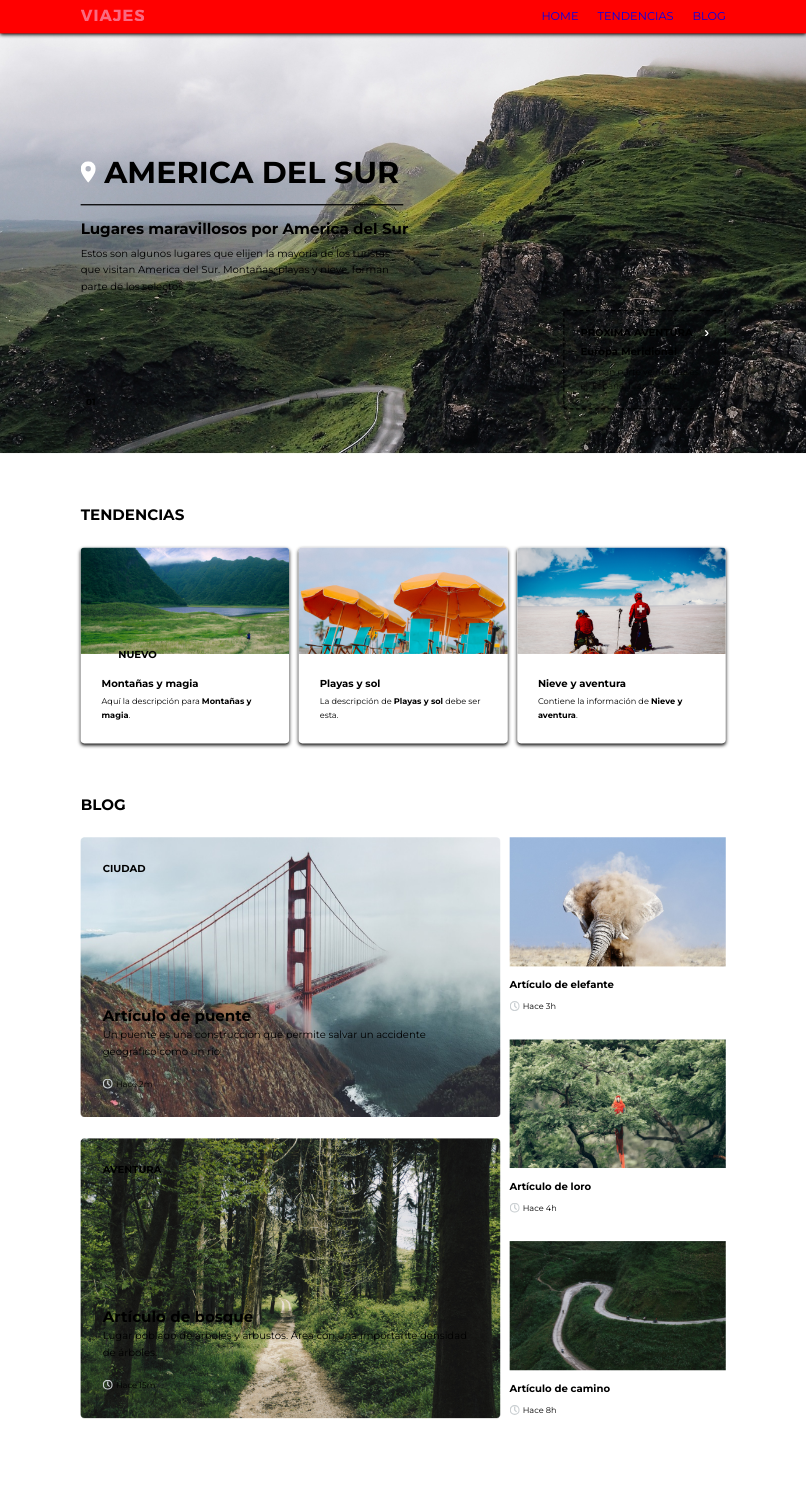
Repository: agustin-mesa/viajes
Page: /
The author's editor kept a copy of each file at every save. The page is drawn from the files as they stood at one save, then again after the next save.
The browser window is 1280 px wide. The pictures show the whole page, at 63% of full size.
The project was rebuilt for these pictures with package versions that can differ from the ones it lists, and the page was loaded fresh each time. Also part of the build but not shown: src/components/styles/colors.module.scss.

Above is the page before, as saved 2021-11-14 02:15:52.

### public/index.html
<!DOCTYPE html>
<html lang="es">
  <head>
    <meta name="author" content="Mauro Agustín Mesa" />
    <meta charset="utf-8" />
    <meta name="viewport" content="width=device-width, initial-scale=1" />
    <meta name="theme-color" content="#000000" />
    <meta
      name="description"
      content="Web site created using create-react-app"
    />
    <title>React App</title>
  </head>
  <body>
    <noscript>You need to enable JavaScript to run this app.</noscript>
    <div id="root"></div>
  </body>
</html>

### src/index.js
import React from "react";
import ReactDOM from "react-dom";
import App from "./App";
import "./index.css";

const Index = () => {
  return <App />;
};

ReactDOM.render(<Index />, document.getElementById("root"));

### src/App.js
import React from "react";
import Header from "./components/Header";
import Home from "./pages/Home";
import Tendencias from "./pages/Tendencias";
import Blog from "./pages/Blog";
import Footer from "./components/Footer";

const App = () => {
  return (
    <>
      <Header />
      <Home />
      <Tendencias />
      <Blog />
      <Footer />
    </>
  );
};

export default App;

### src/index.css
@import url("https://fonts.googleapis.com/css2?family=Montserrat:wght@100;200;300;400;500;600;700&display=swap");
@import url("https://fonts.googleapis.com/css2?family=Montserrat:wght@100;200;300;400;500;600;700&family=Open+Sans:wght@400;500;600;700&display=swap");

* {
  margin: 0;
  padding: 0;
  list-style: none;
  text-decoration: none;
  border: none;
  outline: none;
  scroll-behavior: smooth;
}

body {
  margin: 0;
  -webkit-font-smoothing: antialiased;
  -moz-osx-font-smoothing: grayscale;
  font-family: "Montserrat", "Open Sans", sans-serif;
}

code {
  font-family: source-code-pro, Menlo, Monaco, Consolas, "Courier New",
    monospace;
}

@media only screen and (max-width: 800px) {
  #root {
    font-size: 14px;
  }
}

### src/components/Header.js
import React, { useState } from "react";
import { useMediaQuery } from "react-responsive";
import styled, { keyframes } from "styled-components";

// Colors
import * as colors from "./styles/colors.module.scss";

// LOGO
import logo from "../Assets/logo/logo_01.svg";

// Iconos
import icHamburguer from "../Assets/iconos/hamburguer_menu.svg";
import icTimesExit from "../Assets/iconos/times_exit.svg";

const Header = () => {
  const [hamburguerMenu, changeHamburguerMenu] = useState(false);

  const isTabletOrMobile = useMediaQuery({ query: "(max-width: 764px)" });

  return (
    <ContainerHeader>
      <nav>
        <div className="nav__logo">
          <a href="#home">
            <img src={logo} alt="Viajes" />
          </a>
        </div>

        <div className="nav__menu">
          {isTabletOrMobile && (
            <img
              src={!hamburguerMenu ? icHamburguer : icTimesExit}
              alt=""
              onClick={() => changeHamburguerMenu(!hamburguerMenu)}
            />
          )}
          {hamburguerMenu && (
            <div
              className="bgAction"
              onClick={() => changeHamburguerMenu(!hamburguerMenu)}
            ></div>
          )}

          <ul
            className={`nav__list ${
              isTabletOrMobile && `${!hamburguerMenu && "off"}`
            }`}
          >
            <li>
              <a href="#home">HOME</a>
            </li>
            <li>
              <a href="#tendencias">TENDENCIAS</a>
            </li>
            <li>
              <a href="#blog">BLOG</a>
            </li>
          </ul>
        </div>
      </nav>
    </ContainerHeader>
  );
};

const showMenu = keyframes`
  0%{
    opacity: 0;
  }
  100%{
    opacity:1;
  }
`;

const ContainerHeader = styled.header`
  position: fixed;
  top: 0;
  left: 0;
  right: 0;
  z-index: 999;
  background: red;
  background: ${colors.white};
  box-shadow: 0px 3px 6px ${colors.blackOpac};
  nav {
    display: flex;
    flex-direction: row;
    justify-content: space-between;
    align-items: center;
    padding: 15px 10%;
  }
  .header__logo a img {
    width: 100px;
  }
  .nav__list {
    display: flex;
    flex-direction: row;
    justify-content: flex-end;
    align-items: center;
  }
  .nav__list li a {
    padding: 15px 15px;
    font: normal normal normal 1.125em/13px Montserrat;
    color: ${colors.blueRelax};
    transition: all 0.2s ease;
  }
  .nav__list li a:hover {
    color: ${colors.darkblue};
  }
  .nav__list li:last-child a {
    padding: 15px 0 15px 15px;
  }

  @media only screen and (max-width: 768px) {
    nav .nav__logo a img {
      width: 80px;
    }
    .nav__menu img {
      position: fixed;
      top: 15px;
      right: 10%;
      z-index: 999;
    }
    .nav__menu .bgAction {
      position: fixed;
      top: 0;
      bottom: 0;
      left: 0;
      right: 0;
      background: ${colors.darkblueOpac};
      animation: ${showMenu} 0.5s ease;
    }
    .nav__list {
      position: fixed;
      top: 0;
      bottom: 0;
      right: 0;
      width: 60%;
      background: ${colors.white};
      flex-direction: column;
      justify-content: flex-start;
      animation: ${showMenu} 0.5s ease;
      align-items: flex-start;
      padding: 70px 0 0;
    }
    .nav__list li {
      padding: 10px;
      width: 100%;
    }
    .nav__list li a {
      padding: 10px;
      color: ${colors.darkblue};
      font: normal normal normal 1.2em/13px Montserrat;
    }
    .nav__list li:last-child a {
      padding: 10px;
    }
    .off {
      display: none;
    }
  }
`;

export default Header;

### src/pages/Home.js
import React from "react";
import styled from "styled-components";

import * as colors from "../components/styles/colors.module.scss";

// IMG
import viajesHero from "../Assets/img/Viajes_Hero.jpg";
import icPin from "../Assets/iconos/ic_pin.svg";
import icArrow from "../Assets/iconos/arrow.svg";

// Importo etiquetas default con estilos propios
import { Parrafo, Span, H3, H5 } from "../components/styles/stylesDefault";

const Home = () => {
  return (
    <ContainerHome id="home">
      <HeroWrapper>
        <div className="hero__title">
          <h1>
            <img src={icPin} alt="Pin" /> AMERICA DEL SUR
          </h1>
          <hr />
          <H3 color="white">Lugares maravillosos por America del Sur</H3>
          <Parrafo>
            Estos son algunos lugares que elijen la mayoría de los turistas que
            visitan America del Sur. Montañas, playas y nieve, forman parte de
            los selectos.
          </Parrafo>
        </div>
        <div className="hero__info">
          <H5>
            PRÓXIMA AVENTURA <img src={icArrow} alt="Arrow" />
          </H5>
          <Span color="white">Europa Meridional</Span>
          <p>
            Forman parte veinte países. <br />
            ej. España, Francia, etc.
          </p>
        </div>
      </HeroWrapper>
      <div className="slider">
        <span>01</span>
      </div>
    </ContainerHome>
  );
};

const ContainerHome = styled.div`
  width: 100%;
  height: 100vh;
  background-image: url(${viajesHero});
  background-size: cover;
  background-position: center;

  .slider {
    position: absolute;
    width: 13%;
    bottom: 60px;
    display: flex;
    align-items: center;
    justify-content: flex-end;
    z-index: 1;
    span {
      display: flex;
      align-items: center;
      justify-content: center;
      width: 45px;
      height: 45px;
      background: ${colors.white};
      border-radius: 50px;
      font: normal normal bold 0.875em/22px Montserrat;
    }
    span::after {
      content: "";
      position: absolute;
      width: 70px;
      height: 70px;
      background: ${colors.whiteOpac};
      border-radius: 50px;
      z-index: -2;
    }
    span::before {
      content: "";
      position: absolute;
      left: 0;
      width: 100%;
      height: 5px;
      background: ${colors.pink};
      z-index: -1;
    }
  }
  @media only screen and (max-width: 920px) {
    .slider {
      width: 20%;
    }
  }
  @media only screen and (max-width: 480px) {
    .slider span {
      width: 35px;
      height: 35px;
    }
    .slider span::after {
      width: 50px;
      height: 50px;
    }
  }
`;

const HeroWrapper = styled.div`
  position: absolute;
  top: 0;
  bottom: 0;
  left: 10%;
  right: 10%;
  display: flex;
  align-items: center;

  .hero__title {
    display: flex;
    align-items: flex-start;
    justify-content: center;
    flex-direction: column;
    color: ${colors.white};

    h1 {
      font: normal normal bold 3em/42px Montserrat;
    }
    hr {
      width: 50%;
      border-bottom: 2px solid ${colors.white};
      margin: 30px 0 20px;
      background: ${colors.white};
    }
  }

  .hero__info {
    position: absolute;
    right: 0;
    bottom: 70px;
    background: ${colors.darkblueOpac} 0% 0% no-repeat padding-box;
    border: 2px dashed ${colors.whiteOpac};
    border-radius: 6px;
    padding: 25px;

    p {
      font: normal normal 300 0.875em/22px Montserrat;
      color: ${colors.white};
      margin: 10px 0 0;
    }
  }

  @media only screen and (max-width: 800px) {
    .hero__info {
      display: none;
    }
    .hero__title p {
      width: 80%;
    }
    .hero__title hr {
      width: 85%;
    }
  }
  @media only screen and (max-width: 650px) {
    .hero__info,
    .hero__title p {
      display: none;
    }
    .hero__title hr {
      width: 85%;
    }
  }
  @media only screen and (max-width: 580px) {
    .hero__title h1 {
      font: normal normal bold 1.7em/42px Montserrat;
    }
    .hero__title h1 img {
      width: 12px;
    }
    .hero__title h3 {
      font: normal normal bold 1.4em/34px Montserrat;
    }
    .hero__title hr {
      width: 100%;
      margin: 15px 0 20px;
    }
  }
`;

export default Home;

### src/pages/Tendencias.js
import React from "react";
import styled from "styled-components";

// Colors
import * as colors from "../components/styles/colors.module.scss";

// IMG
import card01 from "../Assets/img/card_01.png";
import card02 from "../Assets/img/card_02.png";
import card03 from "../Assets/img/card_03.png";

// Importo etiquetas default con estilos propios
import { H3 } from "../components/styles/stylesDefault";

// Components
import TendenciaItem from "../components/TendenciaItem";

const Tendencias = () => {
  // Simulo una base de datos para luego imprimir cada CARD.
  // Aunque también se podría hacer manualmente usando el componente
  // TendenciaItem y usar sus props, pero la manera más eficiente es el de
  // simular una base de datos; tranquilamente se muestra cada CARD con tan solo
  // agregar un objeto más dentro del array.
  const tendencias = [
    {
      src: card01,
      isNew: true,
      titulo: "Montañas y magia",
      descripcion: (
        <>
          Aquí la descripción para <b>Montañas y magia</b>.
        </>
      ),
    },
    {
      src: card02,
      isNew: false,
      titulo: "Playas y sol",
      descripcion: (
        <>
          La descripción de <b>Playas y sol</b> debe ser esta.
        </>
      ),
    },
    {
      src: card03,
      isNew: false,
      titulo: "Nieve y aventura",
      descripcion: (
        <>
          Contiene la información de <b>Nieve y aventura</b>.
        </>
      ),
    },
  ];

  return (
    <ContainerTendencias id="tendencias">
      <div className="tendencias">
        <div className="tendencias__header">
          <H3 color="darkblue">TENDENCIAS</H3>
        </div>
        <div className="tendencias__body">
          {tendencias.map((tendencia, i) => {
            return (
              <TendenciaItem
                src={tendencia.src}
                nuevo={tendencia.isNew}
                titulo={tendencia.titulo}
                descripcion={tendencia.descripcion}
                key={i}
              />
            );
          })}
        </div>
      </div>
    </ContainerTendencias>
  );
};

const ContainerTendencias = styled.section`
  padding: 80px 10%;
  background: ${colors.grey};

  .tendencias__body {
    display: grid;
    grid-template-columns: repeat(3, 1fr);
    grid-template-rows: auto;
    row-gap: 40px;
    -moz-column-gap: 15px;
    column-gap: 15px;

    margin: 35px 0 0;

    div:last-child {
      margin: 0;
    }
  }
  .tendencias__header {
    width: 100%;
  }

  @media only screen and (max-width: 800px) {
    .tendencias__body {
      grid-template-columns: repeat(2, 1fr);
      .tendencia-item:nth-child(3) {
        display: none;
      }
    }
  }
  @media only screen and (max-width: 600px) {
    .tendencias__body {
      grid-template-columns: repeat(1, 1fr);
      .tendencia-item:nth-child(2) {
        display: none;
      }
    }
  }
`;

export default Tendencias;

### src/pages/Blog.js
import React from "react";
import styled from "styled-components";

// Colors
import * as colors from "../components/styles/colors.module.scss";

// IMG
import artBig01 from "../Assets/img/articulo_big_01.png";
import artBig02 from "../Assets/img/articulo_big_02.png";
import artSmall01 from "../Assets/img/articulo_small_01.png";
import artSmall02 from "../Assets/img/articulo_small_02.png";
import artSmall03 from "../Assets/img/articulo_small_03.png";

// Importo etiquetas default con estilos propios
import { H3 } from "../components/styles/stylesDefault";

// Components
import BigNewItem from "../components/BigNewItem";
import SmallNewItem from "../components/SmallNewItem";

const Blog = () => {
  const articulosBig = [
    {
      src: artBig01,
      tipo: "CIUDAD",
      titulo: "Artículo de puente",
      descripcion:
        "Un puente es una construcción que permite salvar un accidente geográfico como un río.",
      time: "2m",
    },
    {
      src: artBig02,
      tipo: "AVENTURA",
      titulo: "Artículo de bosque",
      descripcion:
        "Lugar poblado de árboles y arbustos. Área con una importante densidad de árboles.",
      time: "15m",
    },
  ];

  const articulosSmall = [
    {
      src: artSmall01,
      titulo: "Artículo de elefante",
      time: "3h",
    },
    {
      src: artSmall02,
      titulo: "Artículo de loro",
      time: "4h",
    },
    {
      src: artSmall03,
      titulo: "Artículo de camino",
      time: "8h",
    },
  ];

  return (
    <ContainerBlog id="blog">
      <div className="blog__header">
        <H3 color="darkblue">BLOG</H3>
      </div>
      <div className="blog__body">
        <div className="body__article">
          {articulosBig.map((articulo, i) => {
            return (
              <BigNewItem
                src={articulo.src}
                tipo={articulo.tipo}
                titulo={articulo.titulo}
                descripcion={articulo.descripcion}
                time={articulo.time}
                key={i}
              />
            );
          })}
        </div>
        <div className="body__article2">
          {articulosSmall.map((articulo, i) => {
            return (
              <SmallNewItem
                src={articulo.src}
                titulo={articulo.titulo}
                time={articulo.time}
                key={i}
              />
            );
          })}
        </div>
      </div>
    </ContainerBlog>
  );
};

const ContainerBlog = styled.section`
  position: relative;
  padding: 0 10% 40px;
  background: linear-gradient(180deg, ${colors.grey} 20%, ${colors.white} 0%);

  .blog__body {
    display: grid;
    grid-template-columns: 65% 1fr;
    grid-template-rows: auto;
    row-gap: 40px;
    -moz-column-gap: 15px;
    column-gap: 15px;
    margin: 35px 0 0;
  }
  .body__article {
    display: flex;
    flex-direction: column;
    width: 100%;
  }
  .body__article2 {
    display: grid;
    grid-template-rows: auto 1fr;
    row-gap: 40px;
  }
  article:last-child {
    margin: 0;
  }
  @media only screen and (max-width: 800px) {
    .blog__header {
      padding: 0 10%;
    }
    .blog__body {
      grid-template-columns: repeat(1, 1fr);
    }
    .body__article2 {
      display: none;
    }
  }
  @media only screen and (max-width: 600px) {
    & {
      padding: 0 0 60px;
    }
    .body__article {
      overflow: hidden;
    }
    .body__article article {
      overflow: hidden;
      height: 430px;
      display: flex;
      justify-content: center;
    }
  }
`;

export default Blog;

### src/components/Footer.js
import React from "react";
import styled from "styled-components";

// Colors
import * as colors from "../components/styles/colors.module.scss";

// IMG
import logo from "../Assets/logo/logo_02.svg";
import icFacebook from "../Assets/iconos/facebook.svg";
import icInstagram from "../Assets/iconos/instagram.svg";

const Footer = () => {
  return (
    <ContainerFooter>
      <div>
        <img src={logo} alt="Viajes" />
      </div>
      <div className="redes">
        <img src={icInstagram} alt="Instagram" />
        <img src={icFacebook} alt="Facebook" />
      </div>
    </ContainerFooter>
  );
};

const ContainerFooter = styled.footer`
  background: ${colors.darkblue};
  padding: 40px 10%;
  display: flex;
  align-items: center;
  justify-content: space-between;

  .redes img:first-child {
    margin: 0 20px;
  }
  @media only screen and (max-width: 600px) {
    & {
      padding: 30px 10%;
    }
  }
`;

export default Footer;

### src/components/styles/stylesDefault.js
import styled from "styled-components";

// Colors
import * as colors from "./colors.module.scss";

const Parrafo = styled.p`
  margin: 10px 0 0;
  font: normal normal normal 1em/26px Montserrat;
  width: 50%;
  color: ${colors.white};
`;

const H3 = styled.h3`
  font: normal normal bold 1.5em/34px Montserrat;
  color: ${(props) => {
    if (props.color === "white") return colors.white;
    if (props.color === "darkblue") return colors.darkblue;
  }};
`;

const H5 = styled.h5`
  font: normal normal bold 1em/20px Montserrat;
  color: ${colors.pink};
  margin: 0 0 10px;
  img {
    margin: 0 0 0 15px;
  }
`;

const Span = styled.span`
  font: normal normal bold 1em/20px Montserrat;
  color: ${(props) => {
    if (props.color === "white") return colors.white;
    if (props.color === "darkblue") return colors.darkblue;
  }};
`;

export { Parrafo, Span, H3, H5 };

### src/components/TendenciaItem.js
import React from "react";
import styled from "styled-components";

// Colors
import * as colors from "./styles/colors.module.scss";

import { Span } from "./styles/stylesDefault";

const TendenciaItem = ({ src, nuevo, titulo, descripcion }) => {
  return (
    <TenItem className="tendencia-item">
      <div className="tendencia-item__img">
        <img src={src} alt={titulo} />
      </div>
      <div className="tendencia-item__new">{nuevo && <span>NUEVO</span>}</div>
      <div className="tendencia-item__descrip">
        <Span color="darkblue">{titulo}</Span>
        <p>{descripcion}</p>
      </div>
    </TenItem>
  );
};

const TenItem = styled.div`
  background: ${colors.white} 0% 0% no-repeat padding-box;
  box-shadow: 0px 3px 6px ${colors.blackOpac};
  border-radius: 6px;
  margin: 0 16px 0 0;
  width: 100%;
  overflow: hidden;

  .tendencia-item__img img {
    width: 100%;
  }
  .tendencia-item__new {
    width: 100%;
    position: relative;
  }

  .tendencia-item__new span {
    position: absolute;
    top: -20px;
    left: 15%;
    background: ${colors.pink};
    border-radius: 6px;
    padding: 10px;
    font: normal normal bold 1em/13px Montserrat;
    color: ${colors.white};
  }
  .tendencia-item__descrip {
    padding: 10%;
  }
  .tendencia-item__descrip p {
    font: normal normal normal 0.8125em/23px Montserrat;
    color: ${colors.greyBlue};
    margin: 5px 0 0;
  }
`;

export default TendenciaItem;

### src/components/BigNewItem.js
import React from "react";
import styled from "styled-components";

// Importo etiquetas default con estilos propios
import { Span, H3, Parrafo } from "../components/styles/stylesDefault";
import Time from "./Time";

const BigNewItem = ({ src, tipo, titulo, descripcion, time }) => {
  return (
    <NewItemBig>
      <img className="img__bg" src={src} alt={titulo} />
      <div className="newItem__info">
        <div className="info__header">
          <Span color="white">{tipo}</Span>
        </div>
        <div className="info__body">
          <H3 color="white">{titulo}</H3>
          <Parrafo>{descripcion}</Parrafo>
          <Time time={time} />
        </div>
      </div>
    </NewItemBig>
  );
};

const NewItemBig = styled.article`
  position: relative;
  border-radius: 6px;
  width: 100%;
  height: 100%;
  margin: 0 0 5%;

  .img__bg {
    width: 100%;
    max-width: 850px;
    height: 100%;
  }
  .newItem__info {
    position: absolute;
    top: 40px;
    left: 35px;
    right: 35px;
    bottom: 40px;
    display: flex;
    flex-direction: column;
    justify-content: space-between;
  }
  .info__body p {
    width: 100%;
    margin: 0 0 25px;
  }

  @media only screen and (max-width: 600px) {
    .img__bg {
      width: auto;
    }
  }

  @media only screen and (max-width: 530px) {
    .info__body p {
      display: none;
    }
  }
`;

export default BigNewItem;

### src/components/SmallNewItem.js
import React from "react";
import styled from "styled-components";

// Importo etiquetas default con estilos propios
import { Span } from "../components/styles/stylesDefault";

// Components
import Time from "./Time";

const SmallNewItem = ({ src, titulo, time }) => {
  return (
    <NewItemSmall>
      <img className="img__bg" src={src} alt={titulo} />
      <Span className="titulo" color="darkblue">
        {titulo}
      </Span>
      <Time time={time} />
    </NewItemSmall>
  );
};

const NewItemSmall = styled.article`
  display: flex;
  align-items: start;
  justify-content: center;
  flex-direction: column;
  span.titulo {
    margin: 20px 0 10px;
  }
  .img__bg {
    width: 100%;
  }
`;

export default SmallNewItem;

### src/components/Time.js
import React from "react";
import styled from "styled-components";

// Colors
import * as colors from "./styles/colors.module.scss";

// IMG
import icTime from "../Assets/iconos/time.svg";

const Time = ({ time }) => {
  return (
    <Timer>
      <img src={icTime} alt="Time" /> Hace {time}
    </Timer>
  );
};

const Timer = styled.span`
  display: flex;
  align-items: center;
  font: normal normal normal 0.8125em/26px Montserrat;
  color: ${colors.blueRelax};
  img {
    margin: 0 5px 0 0;
  }
`;
export default Time;

After the next save:
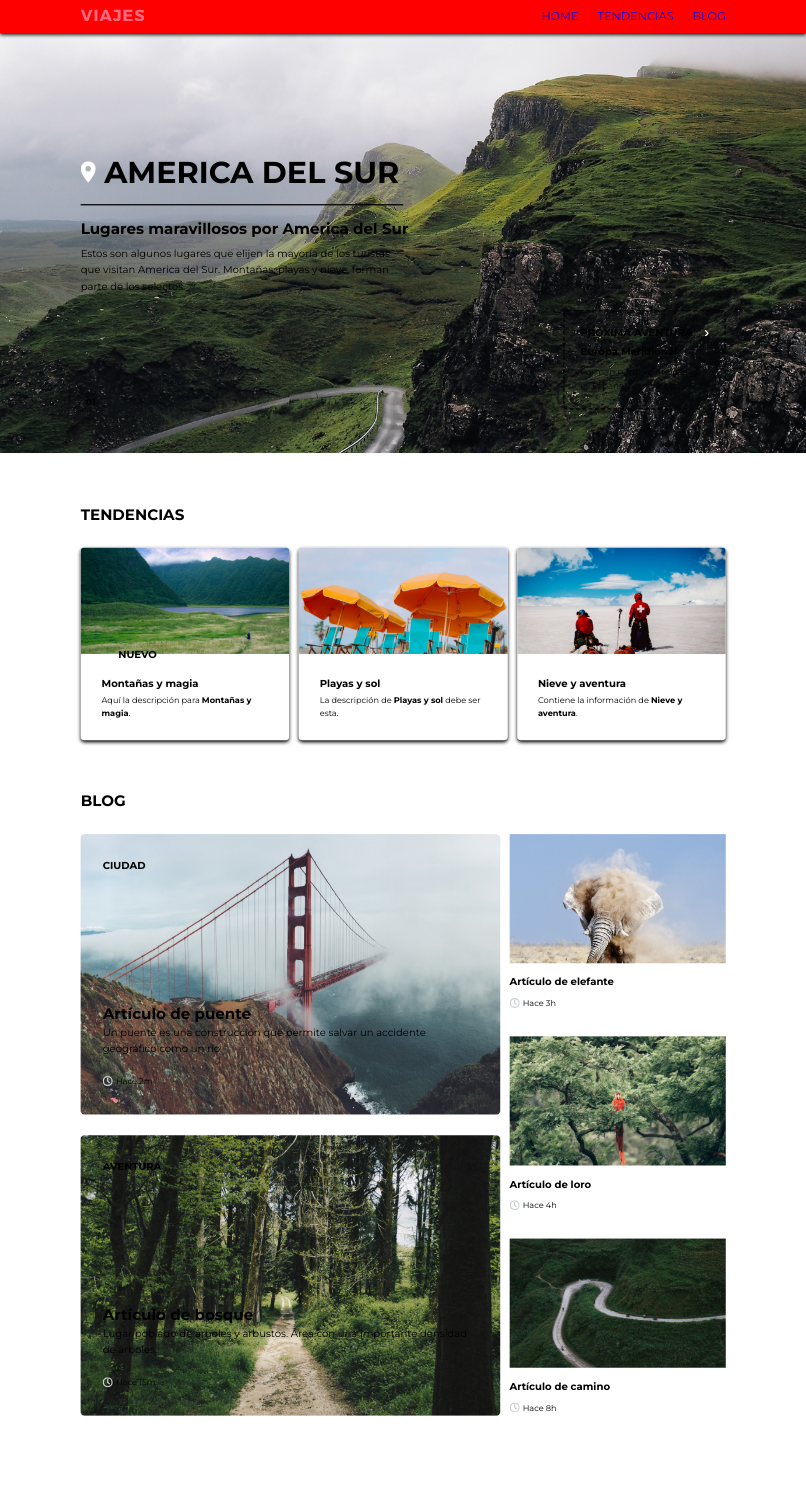
Saved 17 s later.
--- a/src/components/TendenciaItem.js
+++ b/src/components/TendenciaItem.js
@@ -51,7 +51,7 @@ const TenItem = styled.div`
     padding: 10%;
   }
   .tendencia-item__descrip p {
-    font: normal normal normal 0.8125em/23px Montserrat;
+    font: normal normal normal 0.8125em/1.6em Montserrat;
     color: ${colors.greyBlue};
     margin: 5px 0 0;
   }
